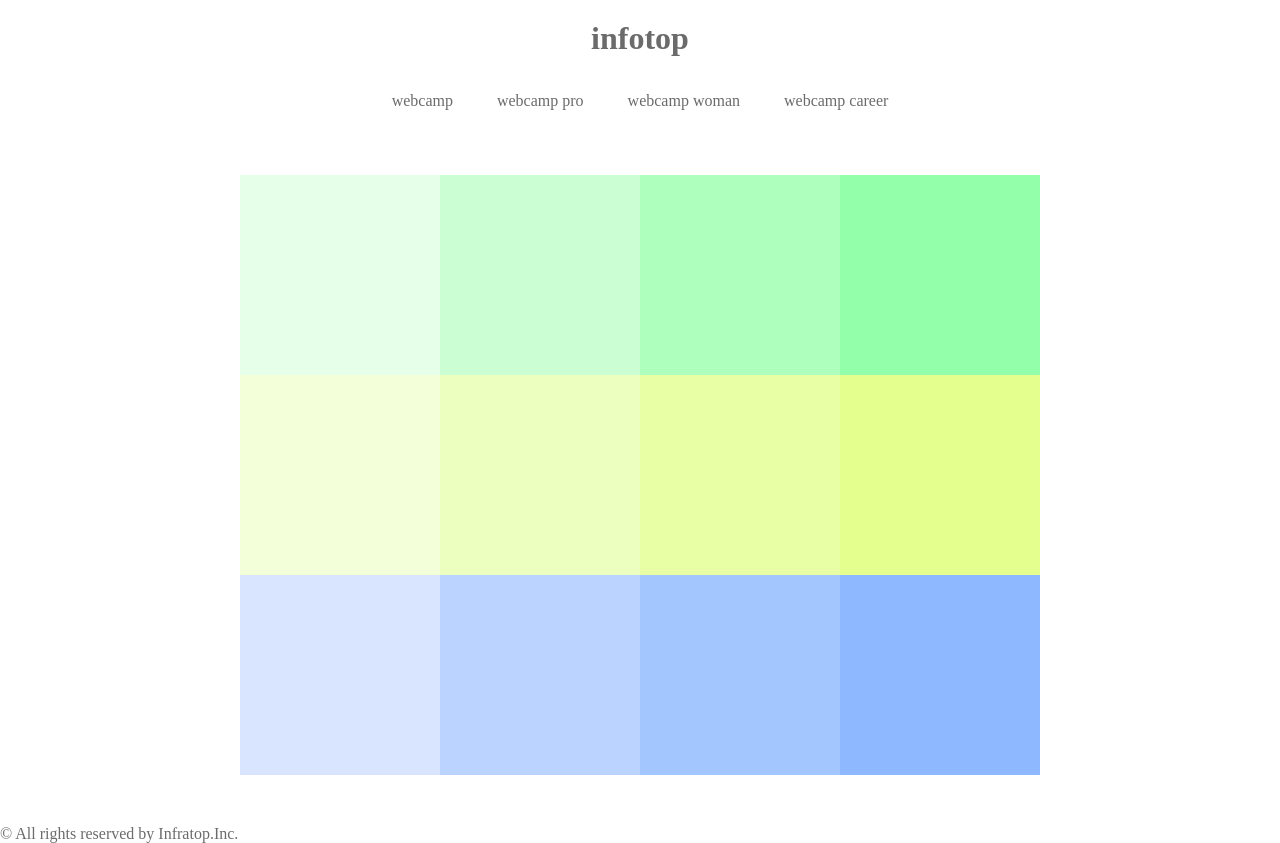
Repository: decknoboh/exercise1-8
Page: exercise1-5/index.html
The author's editor kept a record of every edit. The page is drawn from the files as they stood at one moment, then again after the next edit.
The browser window is 1280 px wide. The pictures show the whole page.

Above is the page before.

### exercise1-5/index.html
<!DOCTYPE html>
<html lang="ja">
  <head>
    <meta charset="utf-8" />
    <link rel="stylesheet" href="style.css" />
    <title>infratop</title>
  </head>

  <body>
    <header>
      <h1>
        <a href="index.html">
          infotop
        </a>
      </h1>
    </header>
    <nav>
    <ul class="nav-list">
      <li class="nav-list-item">
        <a href="index.html">webcamp</a>
      </li>
      <li class="nav-list-item">
        <a href="index.html">webcamp pro</a>
      </li>
      <li class="nav-list-item">
        <a href="index.html">webcamp woman</a>
      </li>
      <li class="nav-list-item">
        <a href="index.html">webcamp career</a>
      </li>
    </ul>
    </nav>
    <div class="main">
      <div class="box1"></div>
      <div class="box2"></div>
      <div class="box3"></div>
      <div class="box4"></div>
      <div class="box5"></div>
      <div class="box6"></div>
      <div class="box7"></div>
      <div class="box8"></div>
      <div class="box9"></div>
      <div class="box10"></div>
      <div class="box11"></div>
      <div class="box12"></div>
    </div>
    <footer>
      <p class="footer-text">© All rights reserved by Infratop.Inc.</p>
    </footer>
  </body>
</html>

### exercise1-5/style.css
*{
  margin: 0;
  padding: 0;
  box-sizing: border-box;
  color: #6c6b6b;
}

a{
  text-decoration: none;
}

header{
  width: 100%;
  padding: 20px 0;
  text-align: center;
}

.nav-list{
  text-align: center;
  padding: 15px 0;
  margin: 0 auto;
}

.nav-list-item{
  list-style: none;
  display: inline-block;
  margin: 0 20px;
}

.main{
  width: 800px;
  margin: 50px auto;
  display: flex;
  flex-wrap: wrap;
}

.box1{
  width: 200px;
  height: 200px;
  background-color: #e6ffe9;
}

.box2{
  width: 200px;
  height: 200px;
  background-color: #cbffd3;
}

.box3{
  width: 200px;
  height: 200px;
  background-color: #aeffbd;
}

.box4{
  width: 200px;
  height: 200px;
  background-color: #93ffab;
}

.box5{
  width: 200px;
  height: 200px;
  background-color: #f3ffd8;
}

.box6{
  width: 200px;
  height: 200px;
  background-color: #edffbe;
}

.box7{
  width: 200px;
  height: 200px;
  background-color: #e9ffa5;
}

.box8{
  width: 200px;
  height: 200px;
  background-color: #e4ff8d;
}

.box9{
  width: 200px;
  height: 200px;
  background-color: #d9e5ff;
}

.box10{
  width: 200px;
  height: 200px;
  background-color: #bad3ff;
}

.box11{
  width: 200px;
  height: 200px;
  background-color: #a4c6ff;
}

.box12{
  width: 200px;
  height: 200px;
  background-color: #8eb8ff;
}

After the next edit:
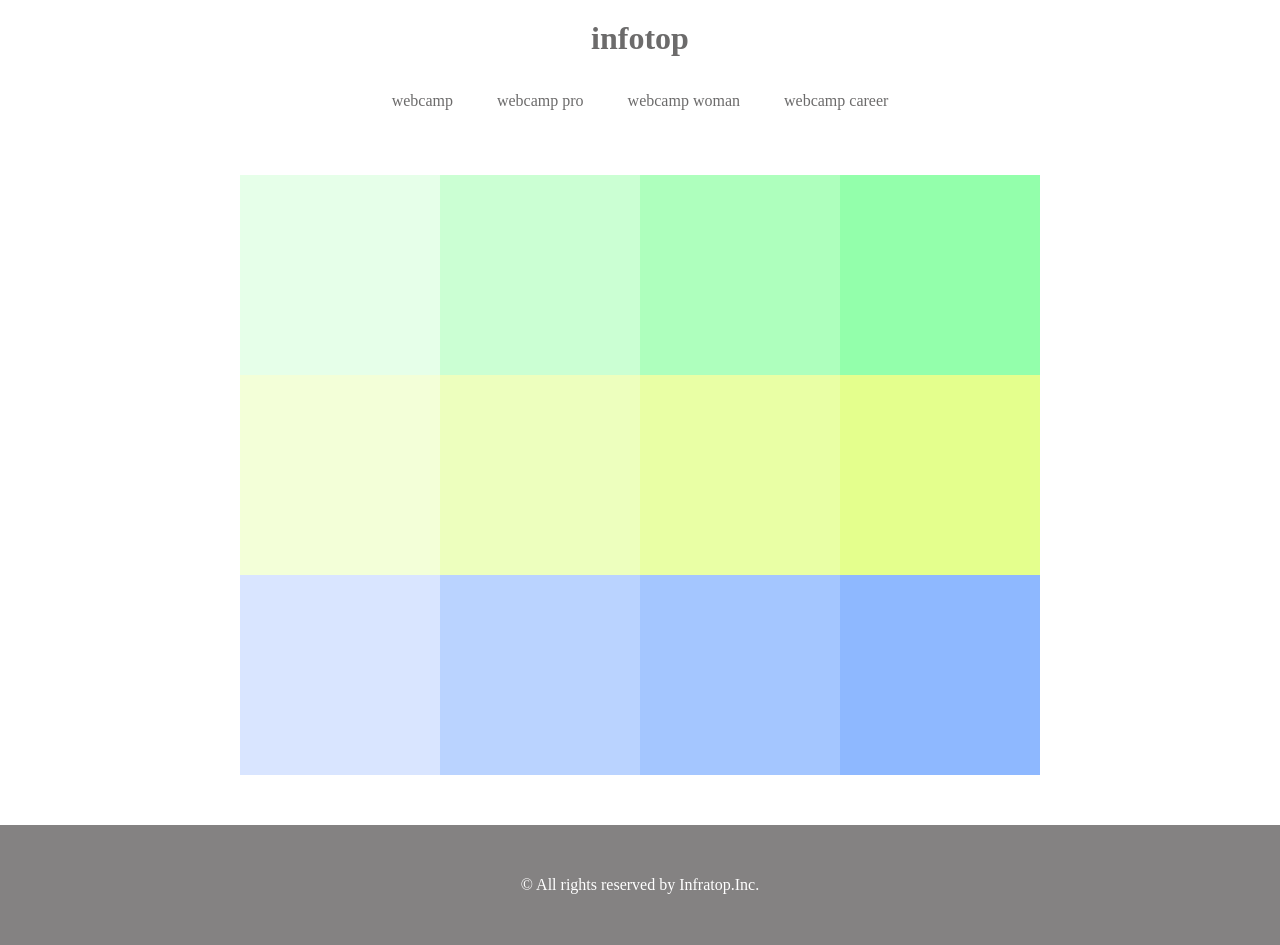
The edit:
--- a/exercise1-5/style.css
+++ b/exercise1-5/style.css
@@ -105,3 +105,15 @@ header{
   height: 200px;
   background-color: #8eb8ff;
 }
+
+footer{
+  width: 100%;
+  height: 120px;
+  text-align: center;
+  line-height: 120px;
+  background-color: #848282;
+}
+
+.footer-text{
+ color: #fff;
+}
